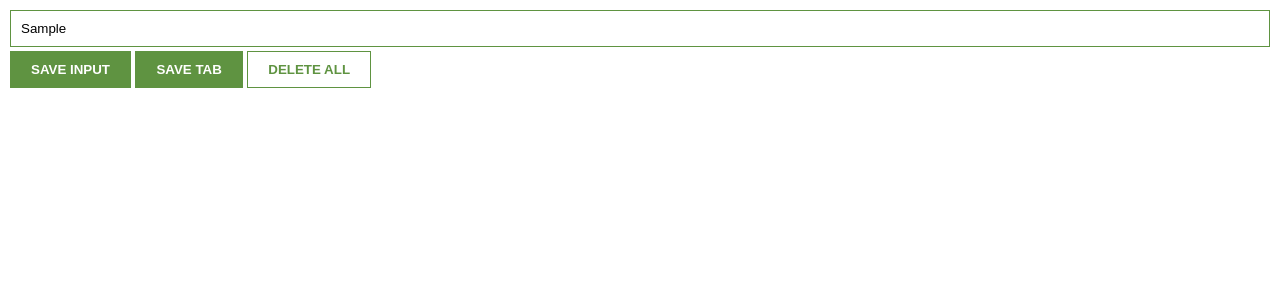
Repository: inno03/Chrome-clone-extension-app
Page: index.html
The author's editor kept a copy of each file at every save. The page is drawn from the files as they stood at one save, then again after the next save.
The browser window is 1280 px wide. The pictures show the whole page.
Empty fields were first filled with sample values (such as "Sample", 5 or name@example.com).
After loading, the first visible `#tab-btn` was clicked once.

Above is the page before, as saved 2023-03-09 22:39:09.

### index.css
body {
    margin: 0;
    padding: 10px;
    font-family: Arial, Helvetica, sans-serif;
    min-width: 400px;
}

input {
    width: 100%;
    padding: 10px;
    box-sizing: border-box;
    border: 1px solid #5f9341;
    margin-bottom: 4px;
}

button {
    background: #5f9341;
    color: white;
    padding: 10px 20px;
    border: 1px solid #5f9341;
    font-weight: bold;
}

#delete-btn {
    background: white;
    color: #5f9341;
}



ul {
    margin-top: 20px;
    list-style: none;
    padding-left: 0;
}

li {
    margin-top: 5px;
}

a {
    color: #5f9341;
}

### index.js
let myLeads = []
const inputEl = document.getElementById("input-el")
const inputBtn = document.getElementById("input-btn")
const ulEl = document.getElementById("ul-el")
const deleteBtn = document.getElementById("delete-btn")
const leadsFromLocalStorage = JSON.parse( localStorage.getItem("myLeads") )
const tabBtn = document.getElementById("tab-btn")

if (leadsFromLocalStorage) {
    myLeads = leadsFromLocalStorage
    render(myLeads)
}

const tabs = [
    {url: "https://www.linkedin.com/in/innocent-ogayi-1a5a641b8/"}
]


tabBtn.addEventListener("click", function(){
    console.log(tabs[0].url)
})

function render(leads) {
    let listItems = ""
    for (let i = 0; i < leads.length; i++) {
        listItems += `
            <li>
                <a target='_blank' href='${leads[i]}'>
                    ${leads[i]}
                </a>
            </li>
        `
    }
    ulEl.innerHTML = listItems
}

deleteBtn.addEventListener("dblclick", function() {
    localStorage.clear()
    myLeads = []
    render(myLeads)
})

inputBtn.addEventListener("click", function() {
    myLeads.push(inputEl.value)
    inputEl.value = ""
    localStorage.setItem("myLeads", JSON.stringify(myLeads) )
    render(myLeads)
})

Loaded but not shown: index.html (common file)

After the next save:
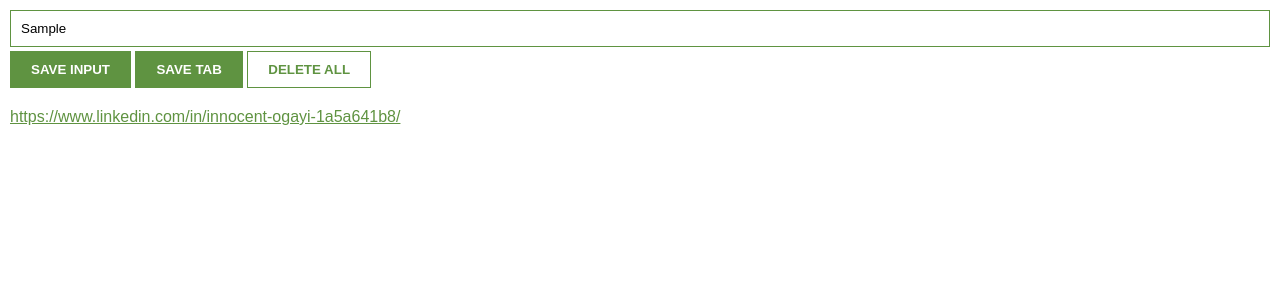
Saved 2 min 25 s later.
--- a/index.js
+++ b/index.js
@@ -17,7 +17,9 @@ const tabs = [
 
 
 tabBtn.addEventListener("click", function(){
-    console.log(tabs[0].url)
+       myLeads.push(tabs[0].url)
+    localStorage.setItem("myLeads", JSON.stringify(myLeads) )
+    render(myLeads)
 })
 
 function render(leads) {
